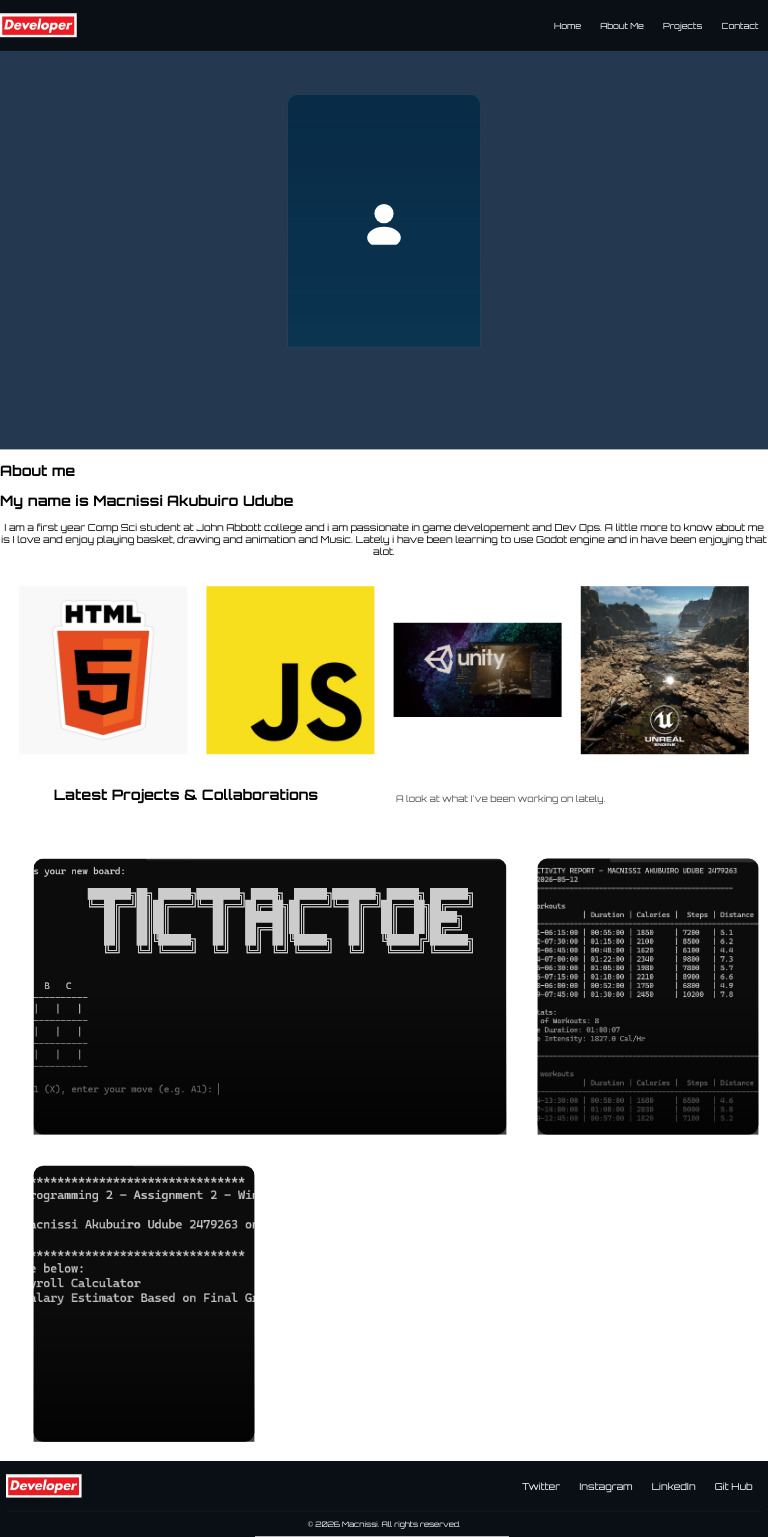
Repository: macnissiudube/macnissiudube
Page: index.html
The author's editor kept a copy of each file at every save. The page is drawn from the files as they stood at one save, then again after the next save.
The browser window is 1280 px wide. The pictures show the whole page, at 60% of full size.

Above is the page before, as saved 2026-05-16 17:46:46.

### index.html
<!doctype html>
<html lang="en">
  <head>
    <meta charset="UTF-8" />
    <meta name="viewport" content="width=device-width, initial-scale=1.0" />
    <link rel="stylesheet" type="text/css" href="./styles/index.css" />
    <link rel="stylesheet" type="text/css" href="./styles/globals.css" />
    <title>Macnissi Udube</title>
  </head>
  <body>
    <header class="header">
      <nav class="headerNav">
        <img
          class="headerLogo"
          src="./assets/images/laptop logo sticker _ Jquery Stickers for Sale.jpg"
          alt="logo"
        />
        <ul class="headerNavList">
          <li><a href="#hero">Home</a></li>
          <li><a href="#about">About Me</a></li>
          <li><a href="#projects">Projects</a></li>
          <li><a href="#Contact">Contact</a></li>
        </ul>
      </nav>
    </header>

    <section class="hero" id="hero">
      <div class="heroPlaceHolder">
        <svg width="80" height="80" viewbox="0 0 80 80" fill="none">
          <circle cx="40" cy="28" r="16" fill="white" />
          <ellipse cx="40" cy="68" rx="28" ry="18" fill="white" />
        </svg>
      </div>
    </section>

    <section class="imageSection">
      <div class="headShot"></div>
    </section>

    <!-- Add article tag to this and some Description -->
    <section class="aboutSection" id="about">
      <div class="artcle">
        <h1 class="aboutH2">About me</h1>
        <article>
          <h2 class="aboutH2">My name is Macnissi Akubuiro Udube</h2>
          <p>
            I am a first year Comp Sci student at John Abbott college and i am
            passionate in game developement and Dev Ops. A little more to know
            about me is I love and enjoy playing basket, drawing and animation
            and Music. Lately i have been learning to use Godot engine and in
            have been enjoying that alot.
          </p>
        </article>
      </div>
    </section>

    <!-- Fix this section of the code -->
    <section class="langSection" id="languages">
      <div class="card">
        <img
          src="./assets/images/HTML programming language logo by code t-shirt _ Redbubble.jpg"
        />
      </div>
      <div class="card">
        <img src="./assets/images/js.jpg" />
      </div>
      <div class="card">
        <img
          src="./assets/images/Why Should You Consider Unity in Game Development_.jpg"
        />
      </div>
      <div class="card">
        <img src="./assets/images/Coast - UE5 Practice, Soufiane Idrassi.jpg" />
      </div>
    </section>

    <section class="projectSection" id="projects">
      <div class="projectHeader">
        <h2>Latest Projects &amp; Collaborations</h2>
        <p>A look at what I've been working on lately.</p>
      </div>

      <ul>
        <li class="projectImages" href="">
          <a href="https://github.com/macnissiudube/TicTacToe-Game">
            <article>
              <small>TicTacToe</small>
              <h3>Visual Studio</h3>
            </article>
          </a>
        </li>
        <li class="projectImages2">
          <article>
            <small>Driving Game</small>
          </article>
        </li>
        <li class="projectImages3">
          <article>
            <small>Menu System</small>
          </article>
        </li>
      </ul>
    </section>

    <footer class="footer">
      <nav class="footerNav">
        <img
          class="footerLogo"
          src="./assets/images/laptop logo sticker _ Jquery Stickers for Sale.jpg"
          alt="logo"
        />
        <ul class="footerNavList">
          <li>
            <a href="#">Twitter</a>
          </li>
          <li>
            <a href="#">Instagram</a>
          </li>
          <li>
            <a href="https://www.linkedin.com/in/macnissi-udube-6a4975306/"
              >LinkedIn</a
            >
          </li>
          <li>
            <a href="https://github.com/macnissiudube">Git Hub</a>
          </li>
        </ul>
      </nav>

      <p class="footerCopy">© 2026 Macnissi. All rights reserved.</p>
    </footer>
  </body>
</html>

### styles/index.css
/* TODO - move the below typeface stuff to globals.css for reusability */

@font-face {
  font-family: "Orbitron-VariableFont_wght";
  src: url(/assets/fonts/Orbitron/Orbitron-VariableFont_wght.ttf);
}
html {
  scroll-behavior: smooth;
}

html,
body {
  width: 100%;
  margin: 0;
  padding: 0;
  overflow-x: hidden;
}

body {
  font-family: "Orbitron-VariableFont_wght";
}

/* GENERAL ********************************************/

body {
  background-color: white;
}

/* NAVIGATION ********************************************/

#header {
  position: sticky;
  top: 0;
  width: 100vw;
}
/* big parent container */
.headerNav,
.footerNav {
  display: flex;
  width: 100vw;
  justify-content: space-between;
  align-items: center;
  padding: 0 1.5 rem;
  background: #0a0f15;
  backdrop-filter: blur(14px);
  border-bottom: 1px solid rgba(255, 255, 255, 0.05);
}

/* smol child container */
.headerNavList,
.footerNavList {
  display: flex;
  align-items: center;
  justify-content: flex-end;
  padding-inline-start: 0;
}

.headerLogo,
.footerLogo {
  width: 10%;
  display: flex;
  align-items: center;
  justify-content: flex-end;
}

li {
  margin: 1rem; /* enhance vibes */
  list-style: none;
}

.headerNavList li a {
  text-decoration: none;
  color: white;
  font-size: 0.88rem;
  transition: color 0.2s;
}

.headerNav il a:hover {
  color: crimson;
}

.footerNavList li a {
  text-decoration: none;
  color: white;
}

/* PROJECT LAYOUT ******************************************/

#projects .projectHeader {
  display: grid;
  grid-template-columns: 1fr 1fr;
  gap: 40px;
  margin-bottom: 56px;
  align-items: end;
  position: relative;
  z-index: -1;
}

#projects .projectHeader p {
  color: #555;
  font-size: 0.95rem;
  line-height: 1.65;
}

#projects ul {
  list-style: none;
  display: grid;
  grid-template-columns: repeat(3, 1fr);
  gap: 20px;
  position: relative;
  z-index: -1;
}

#projects li {
  border-radius: 16px;
  background: #131c24;
  background-size: cover;
  background-position: center;
  aspect-ratio: 4 / 5;
  position: relative;
  cursor: pointer;
  transition: 0.3s ease;
  border-bottom-left-radius: 16px;
}

#projects li:hover {
  transform: translateY(-6px);
}

/* First card spans two columns and is taller */
#projects li:first-child {
  grid-column: span 2;
  aspect-ratio: auto;
  min-height: 340px;
  background-image: url(/assets/images/Screenshot\ 2026-05-12\ 103049.png);
}

#projects li:nth-child(2) {
  background-image: url(/assets/images/Fitness\ Report.png);
}

#projects li:nth-child(3) {
  background-image: url(/assets/images/Menu\ Selection.png);
}

/* Dark gradient overlay at the bottom of each card */
#projects li::after {
  content: "";
  position: absolute;
  inset: 0;
  background: linear-gradient(to top, rgba(0, 0, 0, 0.75) 0%, transparent 55%);
}

#projects article {
  position: absolute;
  bottom: 0;
  left: 0;
  right: 0;
  padding: 24px;
  z-index: -99;
}

#projects article small {
  display: block;
  font-size: 0.72rem;
  font-weight: 600;
  color: whitesmoke;
  letter-spacing: 0.07em;
  text-transform: uppercase;
  margin-bottom: 6px;
}

#projects article h3 {
  font-weight: 700;
  font-size: 1.1rem;
  color: #fff;
  line-height: 1.2;
}

/* MAIN LAYOUT ********************************************/

main {
  display: flex;
}

h1 {
  display: flex;
  justify-content: center;
  text-align: center;
  flex: row;
}

h2 {
  justify-content: center;
  text-align: center;
}

img {
  display: flex;
  justify-content: center;
  align-items: center;
  text-align: center;
}
.container {
  display: grid;
  width: max-content;
}

/* MAIN HERO SECTION **************************/

.hero {
  margin: 0;
  min-height: 80vh;
  width: 100vw;
  padding-bottom: 1rem;
  padding-top: 72px;
  display: flex;
  justify-content: center;

  background-color: #09203ae3;
  background-size: cover;
  background-position: center;
  background-repeat: no-repeat;
}

.heroPlaceHolder {
  width: 320px;
  height: 420px;
  background: linear-gradient(
    180deg,
    rgba(9, 43, 70, 0.911) 0%,
    rgba(255, 255, 255, 0.02) 100%
  );
  border-radius: 18px 18px 0 0;
  border: 1px solid rgba(255, 255, 255, 0.08);
  display: flex;
  align-items: center;
  justify-content: center;
  background-color: #03304ee7;
}

/* MYSTERY STUFF LOL *******/

.imageSection {
  text-align: center;
  display: flex;
  justify-content: center;
  align-items: center;
}

.mainSection {
  display: flex;
  justify-content: space-between;
  text-align: end;
  align-items: flex-end;
}
.aboutSection {
  text-align: center;
  display: flex;
  justify-content: center;
  align-items: center;
  flex-direction: column;
}

.aboutH2 {
  display: flex;
  justify-content: flex-start;
  text-align: end;
  align-items: flex-end;
}

.article p {
  display: flex;
  justify-content: flex-start;
  text-align: end;
  align-items: flex-end;
}

.langSection {
  display: grid;
  grid-template-columns: repeat(4, minmax(0, 1fr));
  gap: 2rem;
  width: 100%;
  max-width: 100%;
  box-sizing: border-box;
  padding: 2rem;
}

.langSection .card {
  min-width: 0;
  display: flex;
  align-items: center;
  justify-content: center;
}

.langSection .card img {
  width: 100%;
  max-width: 100%;
  height: auto;
  object-fit: contain;
}

.footer {
  background: #0a0f15;
  padding: 0px 10px 0px;
  display: flex;
  justify-content: space-between;
  align-items: center;
  flex-wrap: wrap;
}

.footerCopy {
  color: #ffffff;
  font-size: 0.78rem;
  width: 100%;
  text-align: center;
}

/* =============================================
       RESPONSIVE — single column on small screens
    ============================================= */

@media (max-width: 820px) {
  nav {
    padding: 16px 20px;
  }

  #about,
  #languages,
  #projects {
    grid-template-columns: 1fr;
  }

  #projects ul {
    grid-template-columns: 1fr;
  }

  #projects li:first-child {
    grid-column: span 1;
  }
  .projectSection {
    display: grid;
    grid-template-columns: 1fr, 1fr;
    gap: 1rem;
  }

  .langSection {
    grid-template-columns: repeat(2, minmax(0, 1fr));
  }

  header {
    width: auto;
  }
}
/* DESKTOP DESIGN */
/* Large devices (laptops/desktops, 992px and up) */
@media only screen and (min-width: 992px) {
  .projectSection {
    grid-template-columns: 1fr 1fr 1fr 1fr 1fr; /* 5 cols */
    grid-template-rows: 50vh; /* 1 row - ~1/2 the viewport */
  }
}

### styles/globals.css
@font-face {
  font-family: "Orbitron-VariableFont_wght";
  src: url(/assets/fonts/Orbitron/Orbitron-VariableFont_wght.ttf);
}

body {
  font-family: "Orbitron-VariableFont_wght";
}

/* GENERAL ********************************************/

body {
  background-color: white;
}

/* =============================================
       RESPONSIVE — single column on small screens
    ============================================= */

@media (max-width: 820px) {
  nav {
    padding: 16px 20px;
  }

  #about,
  #languages,
  #projects {
    grid-template-columns: 1fr;
  }

  #projects ul {
    grid-template-columns: 1fr;
  }

  #projects li:first-child {
    grid-column: span 1;
  }
  .projectSection {
    display: grid;
    grid-template-columns: 1fr, 1fr;
    gap: 1rem;
  }

  .langSection {
    grid-template-columns: repeat(2, minmax(0, 1fr));
  }

  header {
    width: auto;
  }
}

After the next save:
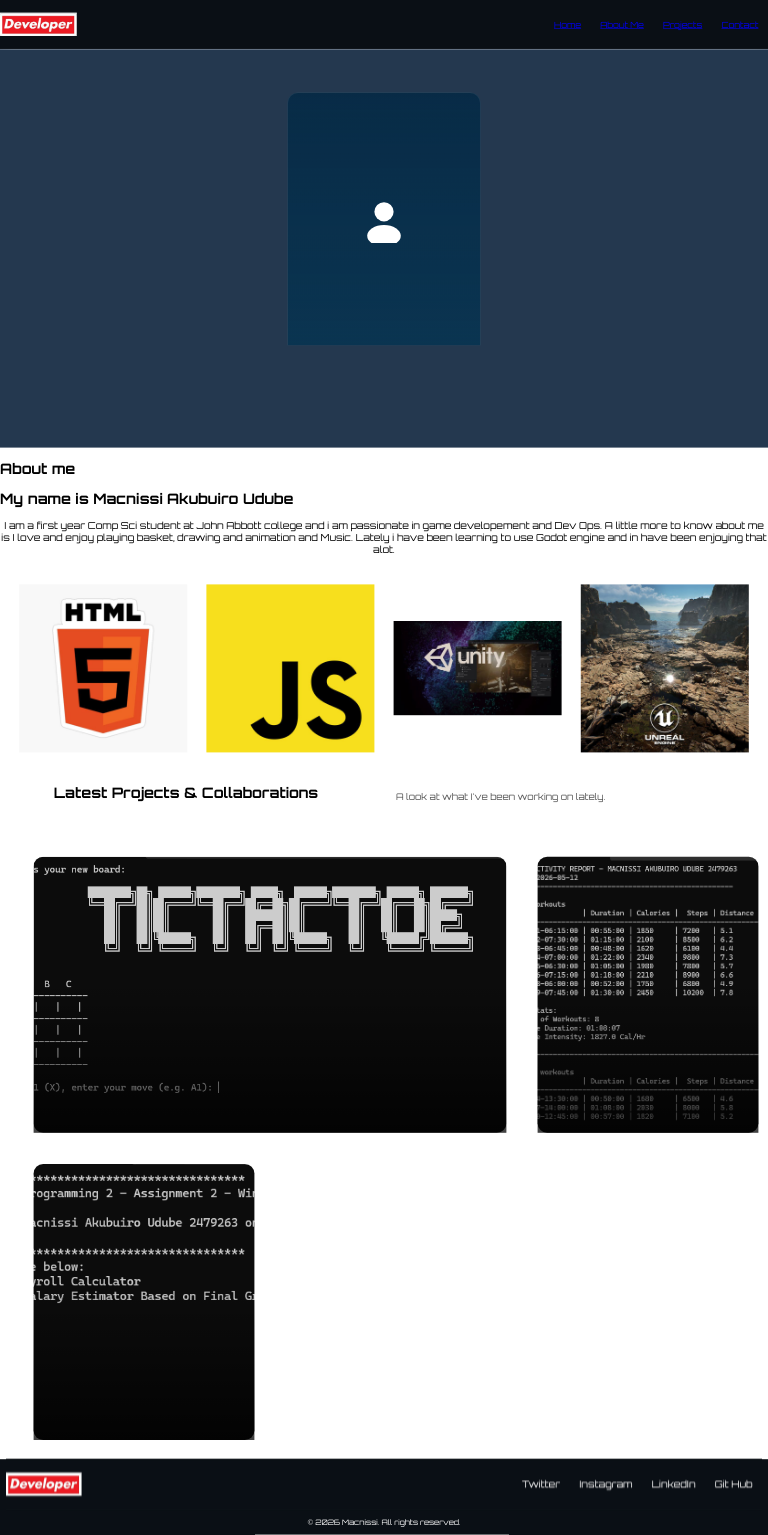
Saved 7 min 0 s later.
--- a/styles/index.css
+++ b/styles/index.css
@@ -68,7 +68,7 @@
   list-style: none;
 }
 
-.headerNavList li a {
+.headerNavList li {
   text-decoration: none;
   color: white;
   font-size: 0.88rem;

After the save that followed:
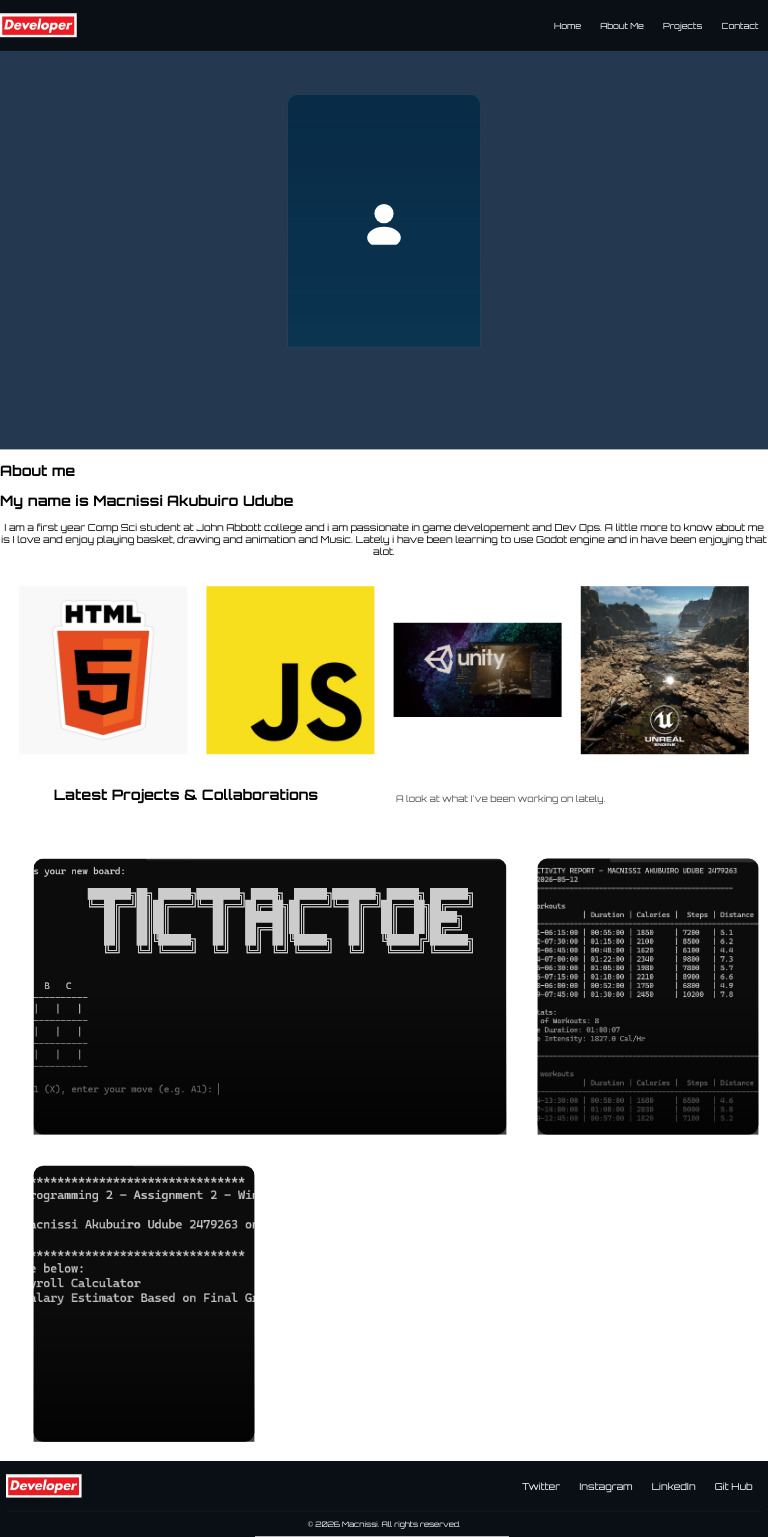
Saved 16 s later.
--- a/styles/index.css
+++ b/styles/index.css
@@ -68,7 +68,7 @@
   list-style: none;
 }
 
-.headerNavList li {
+.headerNavList li a {
   text-decoration: none;
   color: white;
   font-size: 0.88rem;
